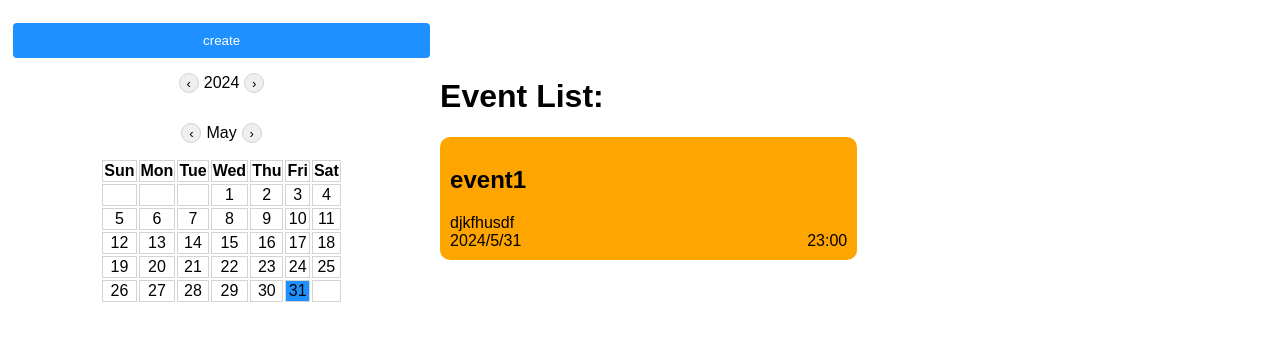
Repository: fateme81yosefi/calendar
Page: index.html
These files come from the project's save history. The page is drawn as it stood at one moment and after the next save; the edit follows.
The browser window is 1280 px wide. The pictures show the whole page.

Above is the page before, as saved 2024-05-31 08:38:18.

### index.html
<!DOCTYPE html>

<html>

<head>
  <title>calendar</title>
  <link rel="icon" type="image/x-icon" href="/images/fav.png">
  <link rel="stylesheet" href="styles.css">

</head>

<body>

  <div class="container">
    <div class="container-calendar">
      <button class="create-event" id="create-event" onclick="newEvent()">create</button>

      <div class="contain-year">
        <button class="circle-btn" onclick="decYear()">
          &#8249; </button>
        <span id="year"></span>
        <button class="circle-btn" onclick="incYear()"> &#8250;</button>

      </div>
      <div class="contain-month">
        <button class="circle-btn" onclick="dec()"> &#8249; </button>
        <span id="month"></span>
        <button class="circle-btn" onclick="increaseMonth()"> &#8250; </button>
      </div>
      <table>
        <tr>
          <th>Sun</th>
          <th>Mon</th>
          <th>Tue</th>
          <th>Wed</th>
          <th>Thu</th>
          <th>Fri</th>
          <th>Sat</th>
        </tr>

        <script>
          var tableBody = document.createElement("tbody");
          var table = document.querySelector("table");
          table.appendChild(tableBody);

          var rows = 5;
          var cols = 7;
          for (var i = 1; i <= rows; i++) {
            var row = document.createElement("tr");
            for (var j = 1; j <= cols; j++) {
              var cell = document.createElement("td");
              cell.id = i + "-" + j;
              cell.onclick = function() {
                setEventDate(this.id);
              };
              row.appendChild(cell);
            }
            tableBody.appendChild(row);
          }
        </script>
      </table>

    </div>

    <div class="event-list">
      <h1>Event List:</h1>

      <div class="event">
        <h2 class="event-title">event1</h2>
        <span>djkfhusdf</span>
        <div class="row-event">
          <span class="date">2024/5/31</span>
          <span class="time">23:00</span>
        </div>
      </div>
    </div>
    <div class="new-event" id="new-event">
      <h1>new Event:</h1>
      <input type="text" class="title" placeholder="Event Title">
      <input type="text" class="desc" placeholder="Event description">
      <input type="time" class="time" placeholder="Event Time">
      <input class="date" placeholder="Event Date">
      <input type="color" class="color" placeholder="Please choose a color for your event...">
      <button class="add">add Event</button>
    </div>

  </div>

  <script src="/scripts.js"></script>

</body>

</html>

### styles.css
* {
  font-family: sans-serif;
}
.container{
  display: flex;
  align-items: center;
  justify-content: start;
  flex-direction: row;
}
tr {
  border: 1px solid LightGray;

}
td,
th {
  border: 1px solid LightGray;
  text-align: center;
}
table{
  width: 20%;
}

.circle-btn {
  width: 20px;
  height: 20px;
  border: 1px solid lightgray;
  border-radius: 100%;
  margin: 5px;
}
.contain-year,
.contain-month {
  display: flex;
  align-items: center;
  justify-content: center;
  flex-direction: row;
  padding: 10px;
}
.container-calendar {
  width: 15%;
  display: flex;
  justify-content: center;
  align-items: center;
  flex-direction: column;
  background-color: rgb(255, 255, 255);
  padding: 20px;
}
.create-event,.add{
  padding: 10px 20px;
  width: 100%;
  background-color: DodgerBlue;
  color: white;
  border: none;
  border-radius: 4px;
  margin-top: 10px;
}
.new-event,.event-list,.container-calendar{
  width: 33%;
  padding: 5px;
}
.new-event{
  flex-direction: column;
  justify-content: center;
  display: none;
}
.new-event input{
  padding: 10px;
  margin-top: 10px;
}
.event{
  border: none;
  border-radius: 10px;
  padding: 10px;
  background-color: Orange;
}
.row-event{
  display: flex;
  flex-direction: row;
  justify-content: space-between;
}
@media screen and (max-width: 900px) {
  .container{
    flex-direction: column;
  }
  .new-event,.event-list,.container-calendar{
    width: 100%;
  }
}

### scripts.js
const d = new Date();
m = d.getMonth()
m++
y = d.getFullYear()
day = d.getDate()
weekday = d.getDay()
weekday++

const event=[]

function getMonth() {
    m = document.getElementById("month").innerHTML
    month = monthNameToNum(m)
    return month
}

function getYear() {
    year = parseInt(document.getElementById("year").innerHTML)
    return year
}

function increaseMonth() {

    month = getMonth()

    month++
    if (month > 12) {
        incYear()
        setMonth(1)

    }
    else {
        fillAllDay(month, y)
        setMonth(month)
    }
}

function dec() {
    month = getMonth()
    month--
    if (month < 1) {
        decYear()
        setMonth(12)
    } else {
        fillAllDay(month, y)
        setMonth(month)
    }

}

function incYear() {
    let yy = getYear()
    yy++;
    document.getElementById("year").innerHTML = yy;
    setYear(yy)
    fillAllDay(m, yy)
}

function decYear() {
    let yy = getYear()
    yy--;
    document.getElementById("year").innerHTML = yy;
    setYear(yy)
    fillAllDay(m, yy)
}

function setYear(y) {
    document.getElementById("year").innerHTML = y
}

function monthNameToNum(m) {
    switch (m) {
        case "January": return 1;
        case "February": return 2;
        case "March": return 3;
        case "April": return 4;
        case "May": return 5;
        case "June": return 6;
        case "July": return 7;
        case "August": return 8;
        case "September": return 9;
        case "October": return 10;
        case "November": return 11;
        case "December": return 12;
    }
}

function setMonth(m) {
    switch (m) {
        case 1: month = "January";
            break;
        case 2: month = "February";
            break;
        case 3: month = "March";
            break;
        case 4: month = "April";
            break;
        case 5: month = "May";
            break;
        case 6: month = "June";
            break;
        case 7: month = "July";
            break;
        case 8: month = "August";
            break;
        case 9: month = "September";
            break;
        case 10: month = "October";
            break;
        case 11: month = "November";
            break;
        case 12: month = "December";
            break;
    }
    document.getElementById("month").innerHTML = month

}

function findFirstDayMonth(m, y) {
    const date = new Date(y + "-" + m + "-" + 1)
    return date.getDay()
}

function calcDayCount(m) {
    switch (m) {
        case 1: return 31;
        case 2: return 28;
        case 3: return 31;
        case 4: return 30;
        case 5: return 31;
        case 6: return 30;
        case 7: return 31;
        case 8: return 31;
        case 9: return 30;
        case 10: return 31;
        case 11: return 30;
        case 12: return 31;
    }
}

function fillAllDay(m, y) {

    dayCount = calcDayCount(m)


    var fd = findFirstDayMonth(m, y);
    fd++;

    let row = 1
    let col = fd
    for (let i = 1; i < col; i++) {
        const x = row + "-" + i;
        document.getElementById(x).innerHTML = ""
    }
    for (let i = 1; i <= dayCount; i++) {
        const x = row + "-" + col;
        document.getElementById(x).style.backgroundColor = "white"

        month = d.getMonth()
        month++
        console.log(y == d.getFullYear())
        if (day == i && m == month && y == d.getFullYear()) {
            document.getElementById(x).style.backgroundColor = "DodgerBlue"
        }

        document.getElementById(x).innerHTML = i;
        if (col >= 7) {
            col = 1;
            row++;
        } else {
            col++;
        }
        if (row >= 6) {
            row = 1;
        }
    }

    for (let i = col; i <= 7; i++) {
        if (row == 5) {
            const x = row + "-" + i;
            document.getElementById(x).innerHTML = ""
        }
    }
}

function newEvent() {
    document.getElementById("new-event").style.display = "flex"
}

function setEventDate(id) {
    return (document.getElementById("" + id).innerHTML)
}

function addEvent(title, description, time, date, color) {
    event.push({title:"title",description:"no desc",time:"20 am" , })
}
setMonth(m)
setYear(y)
fillAllDay(m, y)

After the next save:
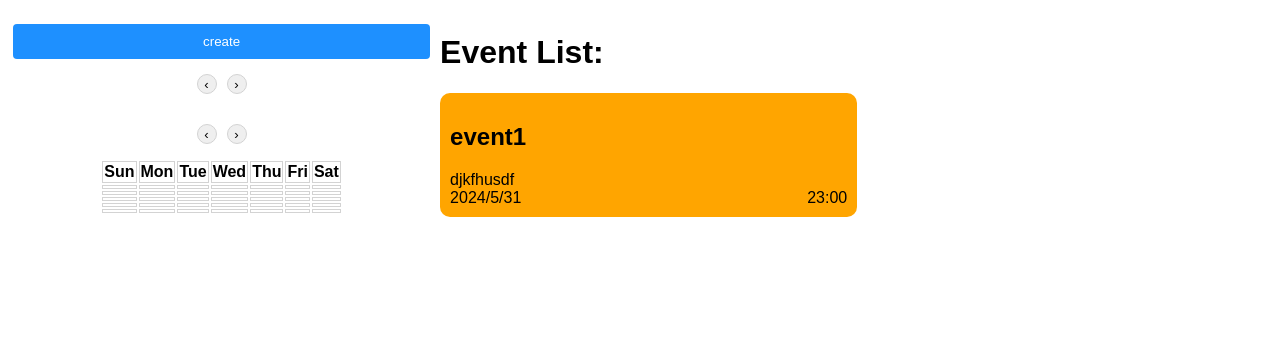
Console error: SyntaxError: Unexpected token '}'
Saved 4 s later.
--- a/scripts.js
+++ b/scripts.js
@@ -192,7 +192,7 @@
 }
 
 function addEvent(title, description, time, date, color) {
-    event.push({title:"title",description:"no desc",time:"20 am" , })
+    event.push({title:"title",description:"no desc",time:"20 am" ,date: })
 }
 setMonth(m)
 setYear(y)

After the 3 saves that followed:
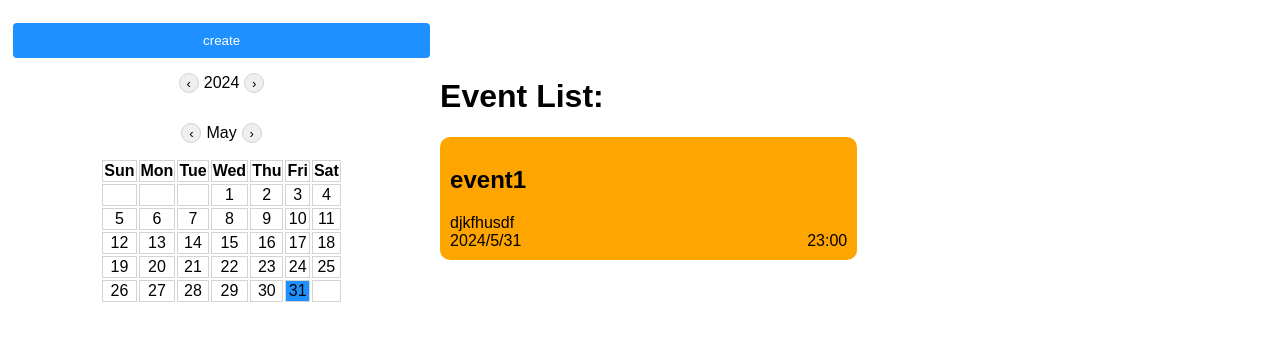
The error is gone.
The 3 saves are shown as one change because they came seconds apart.
The last was saved 7 s later.
--- a/scripts.js
+++ b/scripts.js
@@ -192,7 +192,7 @@
 }
 
 function addEvent(title, description, time, date, color) {
-    event.push({title:"title",description:"no desc",time:"20 am" ,date: })
+    event.push({title:"title",description:"no desc",time:"20 am" ,date:"2023/12/31," })
 }
 setMonth(m)
 setYear(y)
